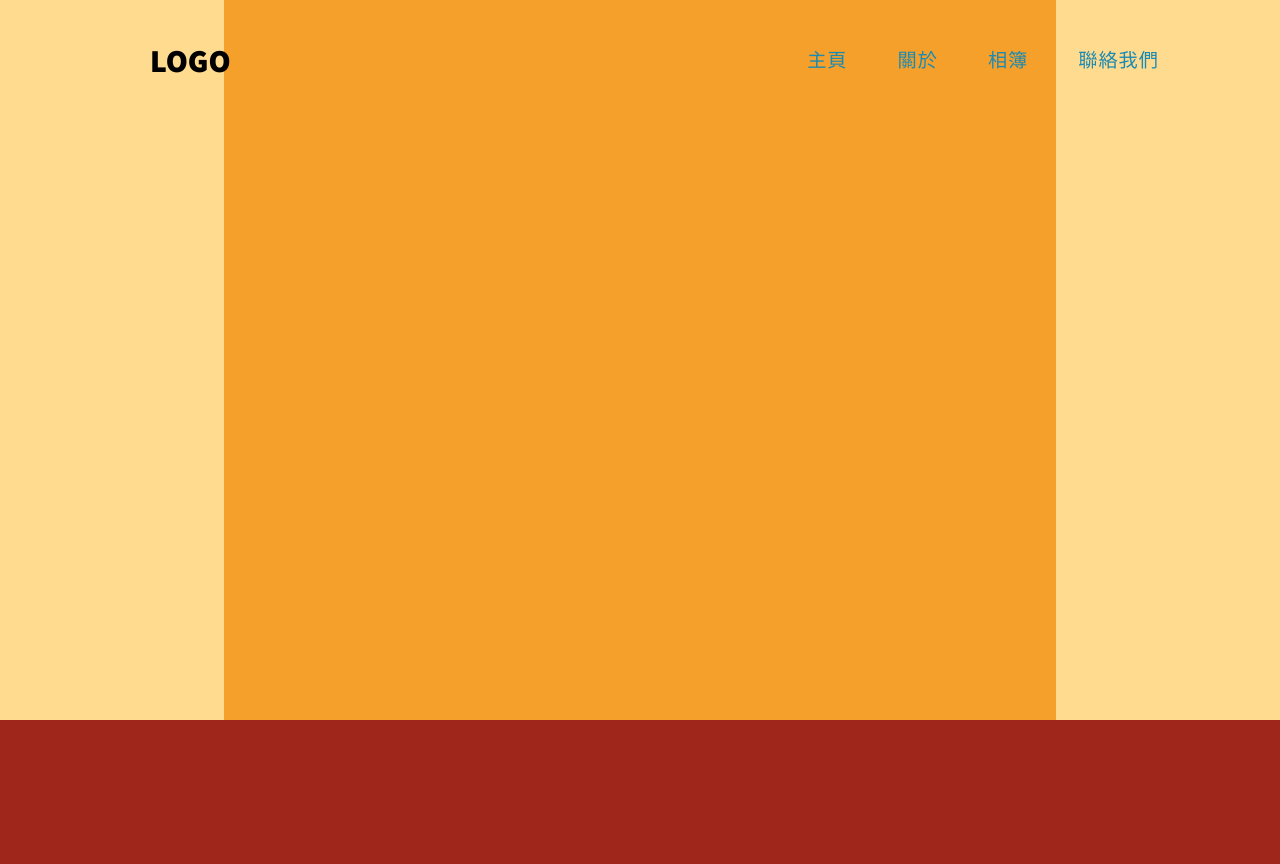
Repository: KevinYu0515/guanghui-food-website
Page: /
The author's editor kept a copy of each file at every save. The page is drawn from the files as they stood at one save, then again after a run of saves.
The browser window is 1280 px wide. The pictures show the whole page.
The project was rebuilt for these pictures with package versions that can differ from the ones it lists, and the page was loaded fresh each time. Also part of the build but not shown: vue.config.js.

Above is the page before, as saved 2022-03-17 14:46:37.

After the next 2 saves:
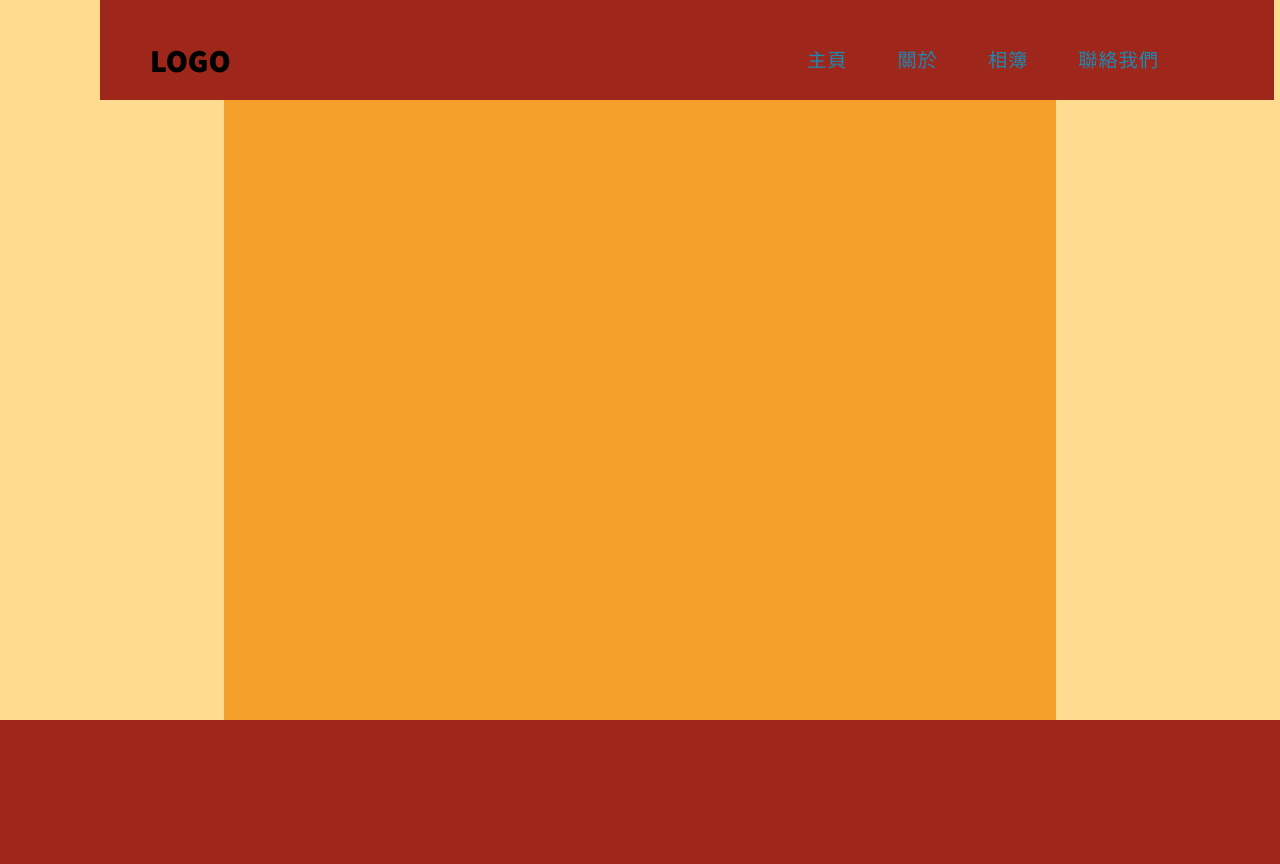
The 2 saves are shown as one change because 1 did not build or start.
The last was saved 82 s later.
--- a/src/assets/scss/navbar.scss
+++ b/src/assets/scss/navbar.scss
@@ -9,7 +9,7 @@
     display: flex;
     justify-content: space-between;
     align-items: center;
-    background: none;
+    background: #9E261B;
     .logo{
       color:rgb(0, 0, 0);
       font-weight: 700;
